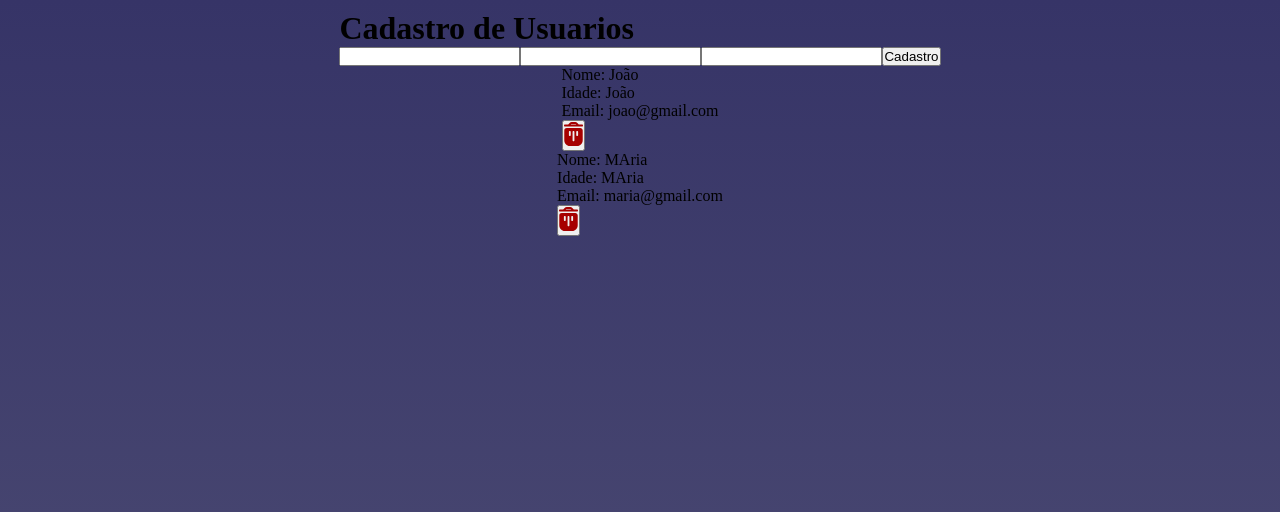
Repository: Rubenslourenco/api-react-node
Page: / (app in devclub-cadastro/)
The author's editor kept a copy of each file at every save. The page is drawn from the files as they stood at one save, then again after the next save.
The browser window is 1280 px wide. The pictures show the whole page.
The project was rebuilt for these pictures with package versions that can differ from the ones it lists, and the page was loaded fresh each time. Also part of the build but not shown: devclub-cadastro/vite.config.js.

Above is the page before, as saved 2025-01-27 10:23:21.

After the next save:
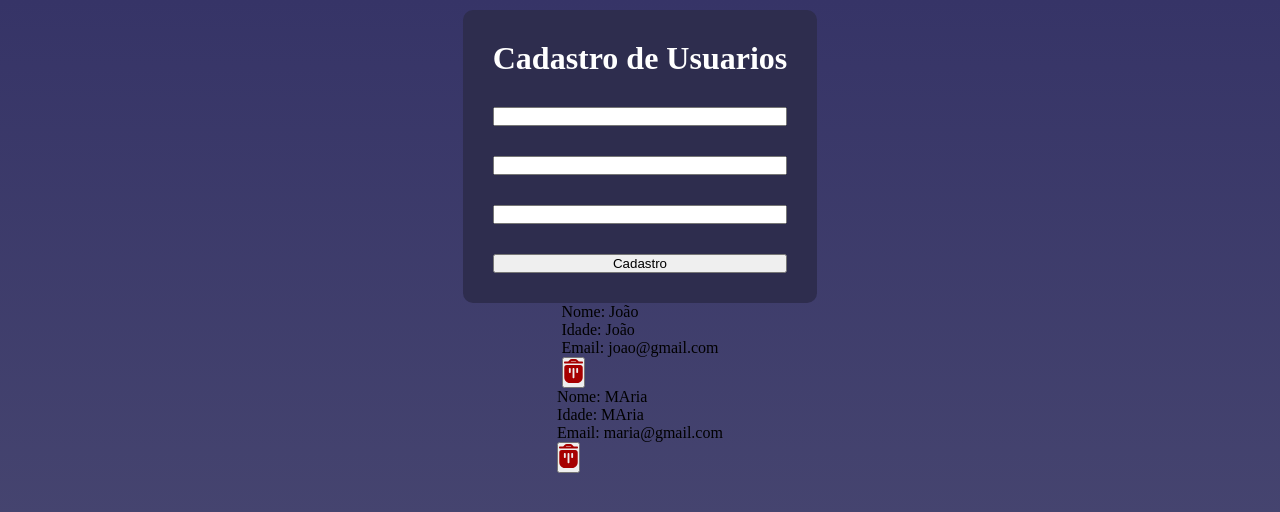
Saved 3 min 23 s later.
--- a/devclub-cadastro/src/pages/Home/style.css
+++ b/devclub-cadastro/src/pages/Home/style.css
@@ -4,3 +4,17 @@
   flex-direction: column;
   padding-top: 10px;
 }
+
+h1 {
+  color: #fff;
+  font-size: 32px;
+}
+
+form {
+  display: flex;
+  flex-direction: column;
+  gap: 30px;
+  padding: 30px;
+  border-radius: 10px;
+  background-color: #2e2d4e;
+}
